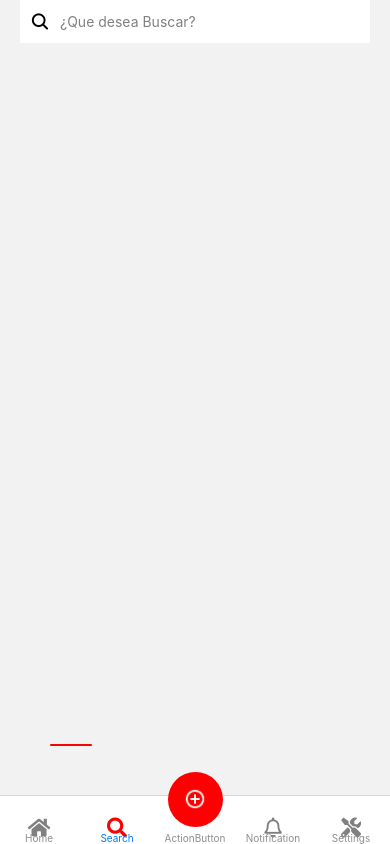
Repository: albertoue93/taller-react-native
Screen: /Search
The author's editor kept a copy of each file at every save. The screen is drawn from the files as they stood at one save, then again after the next save.
The page's requests for data from a server got no answer. The app was drawn by React Native's web renderer in a window 390 px wide. The project was rebuilt for these pictures with package versions that can differ from the ones it lists, and the page was loaded fresh each time. No one was signed in, and anything a server would have sent is missing. Also part of the build but not shown: components/Card.js, screens/PaginaNueva.js, screens/PaginaNoti.js, screens/PaginaConfig.js.

Above is the screen before, as saved 2021-08-26 16:29:38.

After the next save:
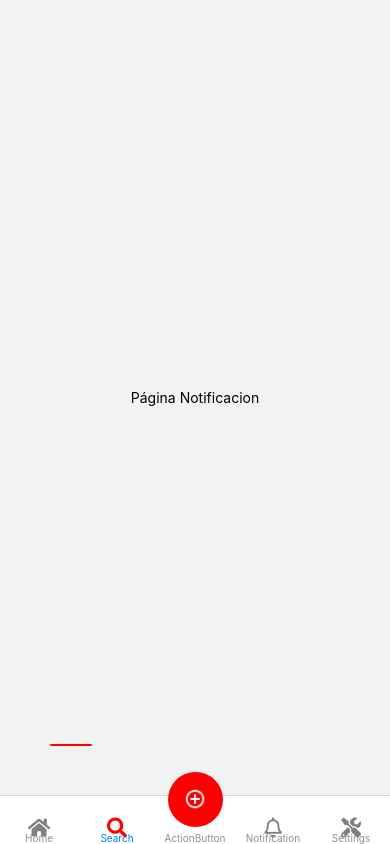
Saved 112 s later.
--- a/screens/PaginaSearch.js
+++ b/screens/PaginaSearch.js
@@ -5,26 +5,13 @@
 class PaginaSearch extends Component {
     render() {
         return (
-            <SafeAreaView style={{ flex: 1 }}>
-                <View style={{ flex: 1 }}>
-                    <View style={{
-                        flexDirection: 'row', padding: 10,
-                        backgroundColor: 'white', marginHorizontal: 20,
-                        shadowOffset: { width: 0, height: 0 },
-                        shadowColor: 'black',
-                        shadowOpacity: 0.2,
-                        elevation: 1,
-                        marginTop: Platform.OS ==  'android' ? 30 : null
-                    }}>
-                        <Icon name="ios-search" size={ 20 } style={{ marginRight: 10 }} />
-                        <TextInput
-                            underlineColorAndroid="transparent"
-                            placeholder="¿Que desea Buscar?"
-                            placeholderTextColor="gray"
-                            style={{ flex: 1, fontSize: '700', backgroundColor: 'white' }} />
-                    </View>
-                </View>
-            </SafeAreaView>
+            <View style={{
+                flex:1,
+                justifyContent: 'center',
+                alignItems: 'center'
+              }}>
+                <Text>Página Notificacion</Text>
+              </View>
         );
     }
 }

After the save that followed:
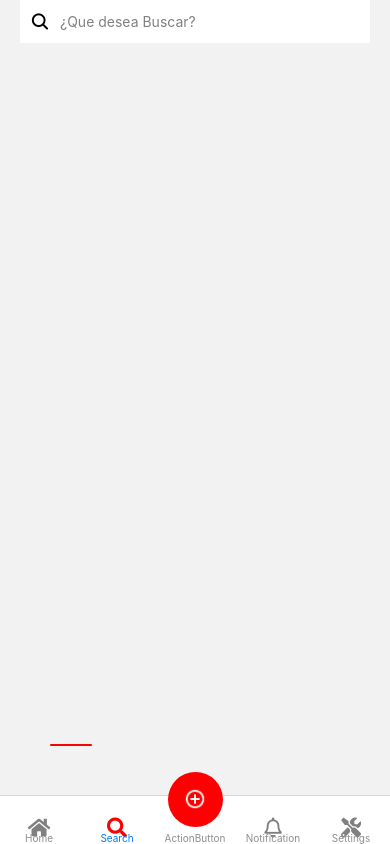
Saved 77 s later.
--- a/screens/PaginaSearch.js
+++ b/screens/PaginaSearch.js
@@ -5,13 +5,26 @@
 class PaginaSearch extends Component {
     render() {
         return (
-            <View style={{
-                flex:1,
-                justifyContent: 'center',
-                alignItems: 'center'
-              }}>
-                <Text>Página Notificacion</Text>
-              </View>
+            <SafeAreaView style={{ flex: 1 }}>
+                <View style={{ flex: 1 }}>
+                    <View style={{
+                        flexDirection: 'row', padding: 10,
+                        backgroundColor: 'white', marginHorizontal: 20,
+                        shadowOffset: { width: 0, height: 0 },
+                        shadowColor: 'black',
+                        shadowOpacity: 0.2,
+                        elevation: 1,
+                        marginTop: Platform.OS ==  'android' ? 30 : null
+                    }}>
+                        <Icon name="ios-search" size={ 20 } style={{ marginRight: 10 }} />
+                        <TextInput
+                            underlineColorAndroid="transparent"
+                            placeholder="¿Que desea Buscar?"
+                            placeholderTextColor="gray"
+                            style={{ flex: 1, fontSize: '700', backgroundColor: 'white' }} />
+                    </View>
+                </View>
+            </SafeAreaView>
         );
     }
 }
